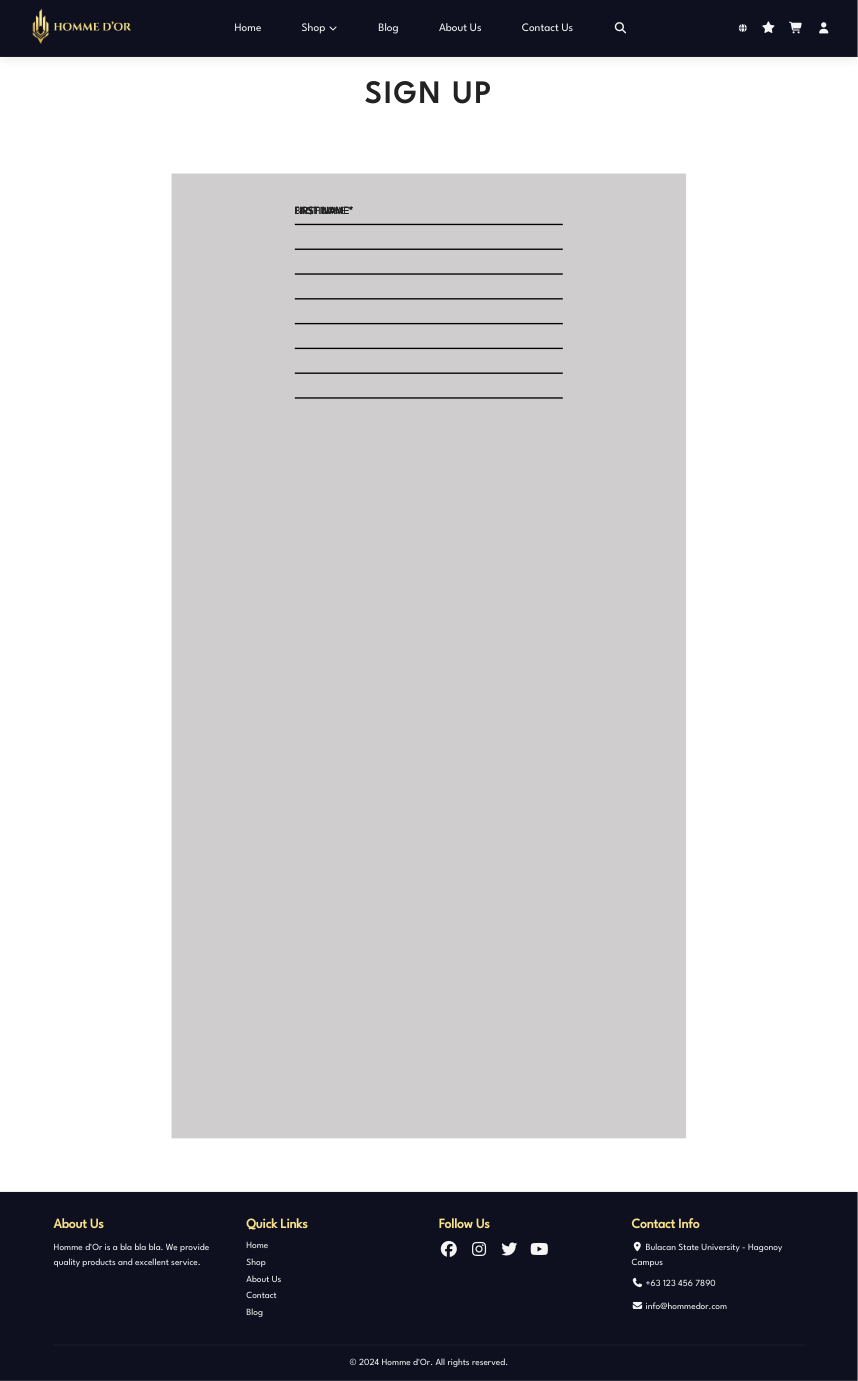
Repository: Izy-Blinken/Homme-d-Or
Page: http://localhost/Homme_dor/pages/signup.php?country=ph
An editor plug-in stored every save of this project. The page is shown before and after a run of saves, followed by the edit.
The browser window is 1280 px wide. The pictures show the whole page, at 67% of full size.
The page is run by PHP 8.4 with error messages shown; the project is at /var/www/html/.

Above is the page before, as saved 2026-01-24 20:03:46.

### pages/signup.php
<!DOCTYPE html>
<html>
    <head>
        <title>Sign Up</title>
        <link rel="stylesheet" href="../assets/icons/fontawesome/css/all.min.css">
        <link rel="stylesheet" href="../assets/css/style.css">
    </head>

    <body>

        <?php include '../components/header.php'; ?>

        <main>
            <div class="signupTitle">
                <h2><b>SIGN UP</b></h2>
            </div>

            <div class="signupContainer">

                <div class="inputGroup">

                    <input type="text" required>
                    <label>FIRST NAME*</label>

                    <input type="text" required>
                    <label>LAST NAME*</label>

                    <input type="text" required>
                    <label>BIRTHDAY</label>

                    <input type="text" required>
                    <label>FIRST NAME*</label>

                    <input type="text" required>
                    <label>FIRST NAME*</label>

                    <input type="text" required>
                    <label>FIRST NAME*</label>

                    <input type="text" required>
                    <label>FIRST NAME*</label>

                    <input type="text" required>
                    <label>FIRST NAME*</label>

                </div>


            </div>
        </main>

        <?php include '../components/footer.php'; ?>

    </body>
</html>

### components/header.php
<?php
$currentPage = basename($_SERVER['PHP_SELF']);
?>

<section id="header">
    <a href="index.php">
        <img src="../assets/images/brand_images/prodLogo.png" class="logo" alt="Brand Logo">
    </a>

    <div class="nav-wrapper">
        <ul id="navbar">
            <li><a class="<?php echo ($currentPage == 'index.php') ? 'active' : ''; ?>" href="index.php">Home</a></li>
            <li class="dropdown">
                <a >
                    Shop <i class="fa-solid fa-chevron-down"></i>
                </a>
                <ul class="dropdown-menu">
                    <li><a href="shop.php?category=sale">Sale</a></li>
                    <li><a href="shop.php?category=new-arrival">New Arrival</a></li>
                    <li><a href="shop.php?category=top-picks">Top Picks</a></li>
                    <li><a href="shop.php?category=daily-wear">Daily Wear</a></li>
                    <li><a href="shop.php?category=premium">Premium</a></li>
                </ul>
            </li>
            <li><a class="<?php echo ($currentPage == 'blog.php') ? 'active' : ''; ?>" href="blog.php">Blog</a></li>
            <li><a class="<?php echo ($currentPage == 'AboutUs.php') ? 'active' : ''; ?>" href="AboutUs.php">About Us</a></li>
            <li><a class="<?php echo ($currentPage == 'ContactUs.php') ? 'active' : ''; ?>" href="ContactUs.php">Contact Us</a></li>
            <li><a href="search.php"><i class="fa-solid fa-search"></i></a></li>
        </ul>

        <ul id="navbar-right">
        <li class="dropdown country-dropdown">
            <a href="#">
                <i class="fa-solid fa-globe"></i>
            </a>
            <ul class="dropdown-menu country-menu">
                <li><a href="?country=ph"><span class="flag">🇵🇭</span> Philippines</a></li>
                <li><a href="?country=jp"><span class="flag">🇯🇵</span> Japan</a></li>
                <li><a href="?country=cn"><span class="flag">🇨🇳</span> China</a></li>
                <li><a href="?country=fr"><span class="flag">🇫🇷</span> France</a></li>
            </ul>
        </li>
        <li><a class="<?php echo ($currentPage == 'wishlist.php') ? 'active' : ''; ?>"href="wishlist.php"><i class="fa-solid fa-star"></i></a></li>
            <li><a class="<?php echo ($currentPage == 'cart.php') ? 'active' : ''; ?>" href="cart.php"><i class="fa-solid fa-shopping-cart"></i></a></li>
            <li><a class="<?php echo ($currentPage == 'profile.php') ? 'active' : ''; ?>" href="profile.php"><i class="fa-solid fa-user"></i></a></li>
        </ul>
    </div>
</section>

### components/footer.php
<footer id="footer">
    <div class="footer-content">
        <div class="footer-section">
            <h3>About Us</h3>
            <p>Homme d'Or is a bla bla bla. We provide quality products and excellent service.</p>
        </div>

        <div class="footer-section">
            <h3>Quick Links</h3>
            <ul>
                <li><a href="index.php">Home</a></li>
                <li><a href="shop.php">Shop</a></li>
                <li><a href="AboutUs.php">About Us</a></li>
                <li><a href="ContactUs.php">Contact</a></li>
                <li><a href="blog.php">Blog</a></li>
            </ul>
        </div>

        <div class="footer-section">
            <h3>Follow Us</h3>
            <div class="social-icons">
                <a href="#"><i class="fa-brands fa-facebook"></i></a>
                <a href="#"><i class="fa-brands fa-instagram"></i></a>
                <a href="#"><i class="fa-brands fa-twitter"></i></a>
                <a href="#"><i class="fa-brands fa-youtube"></i></a>
            </div>
        </div>

        <div class="footer-section">
            <h3>Contact Info</h3>
            <p><i class="fa-solid fa-location-dot"></i> Bulacan State University - Hagonoy Campus</p>
            <p><i class="fa-solid fa-phone"></i> +63 123 456 7890</p>
            <p><i class="fa-solid fa-envelope"></i> info@hommedor.com</p>
        </div>
    </div>

    <div class="footer-bottom">
        <p>&copy; 2024 Homme d'Or. All rights reserved.</p>
    </div>
</footer>

Loaded but not shown: assets/icons/fontawesome/css/all.min.css (library); assets/css/style.css (1626 lines, source omitted)

After the next 3 saves:
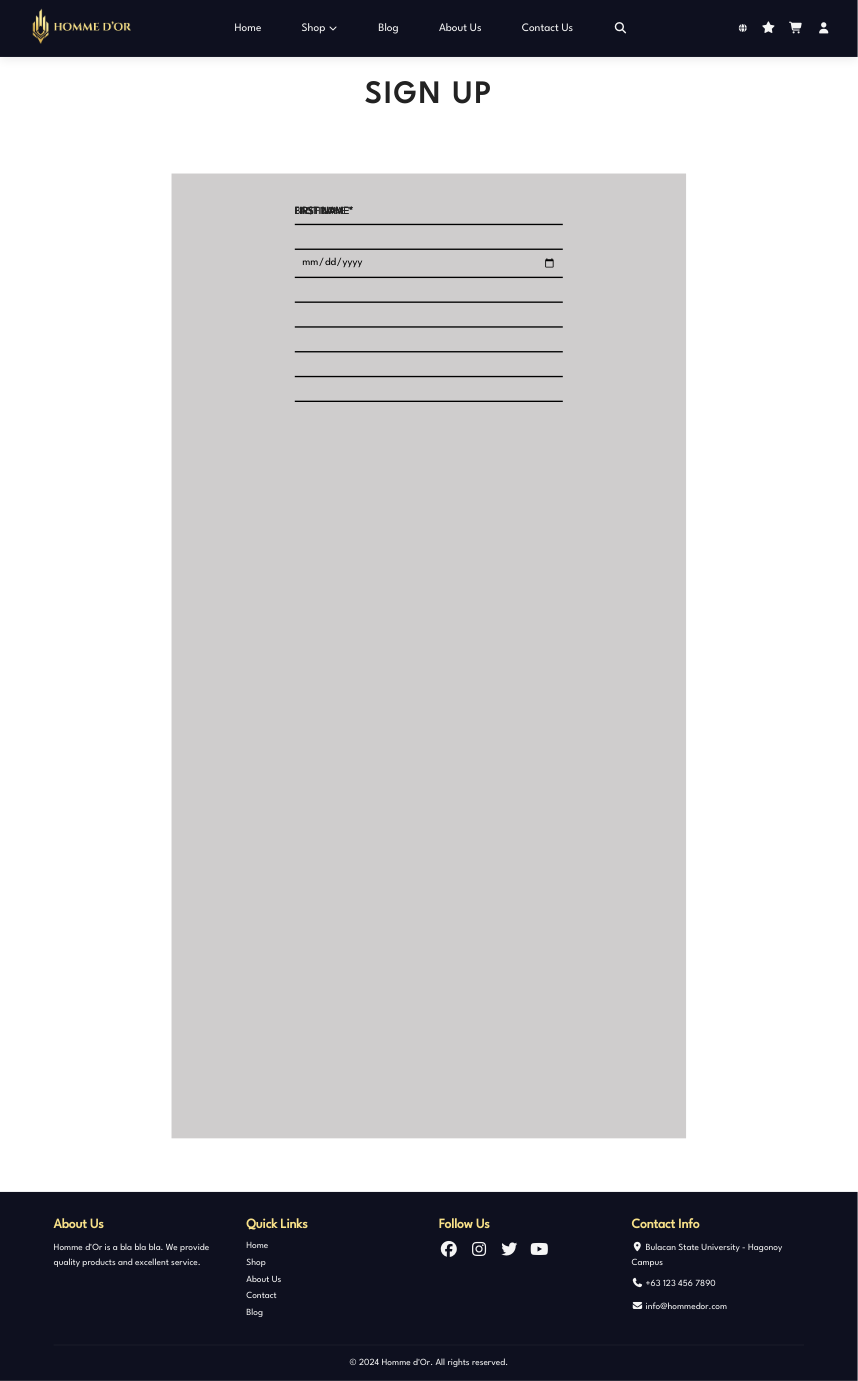
The 3 saves are shown as one change because they came seconds apart.
The last was saved 26 s later.
--- a/pages/signup.php
+++ b/pages/signup.php
@@ -25,7 +25,7 @@
                     <input type="text" required>
                     <label>LAST NAME*</label>
 
-                    <input type="text" required>
+                    <input type="date" required>
                     <label>BIRTHDAY</label>
 
                     <input type="text" required>
